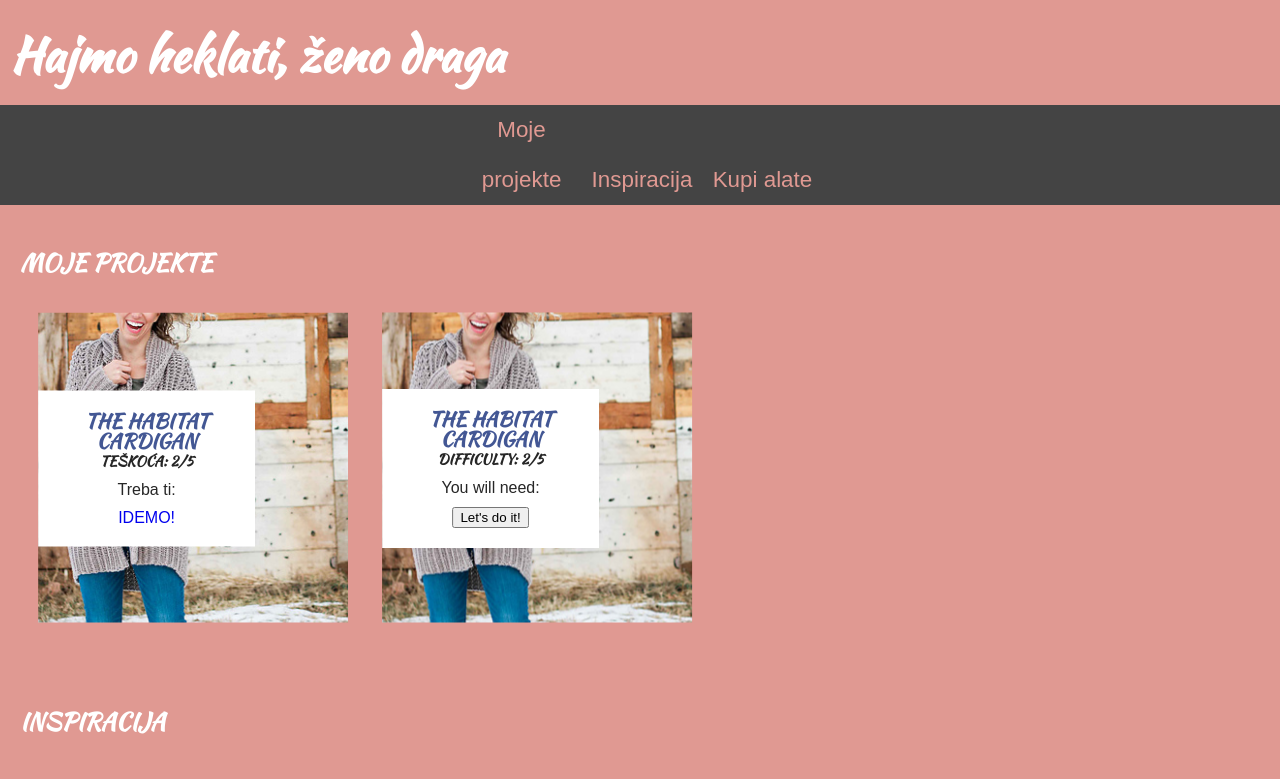
Repository: sdnc/Heklamo
Page: index.html
These files come from the project's save history. The page is drawn as it stood at one moment and after the next save; the edit follows.
The browser window is 1280 px wide. The pictures show the whole page.

Above is the page before, as saved 2020-12-24 15:15:36.
Console error: ReferenceError: $ is not defined

After the next save:
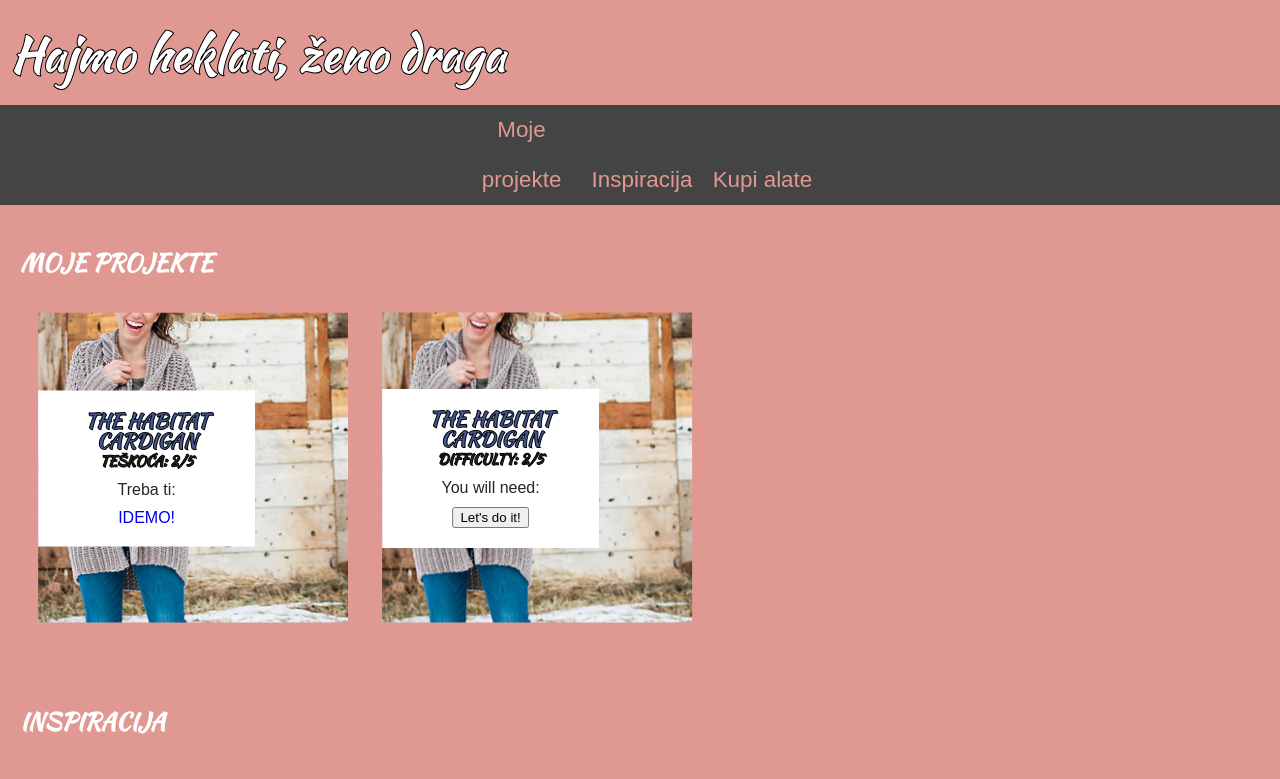
Saved 42 s later.
--- a/styles.css
+++ b/styles.css
@@ -14,7 +14,7 @@ h1 {
   font-size: 48;
   margin: 20px 0 15px 10px;
   color: white;
-  border-color: blue;
+  -webkit-text-stroke: 1px black;
 }
 
 h3 {
